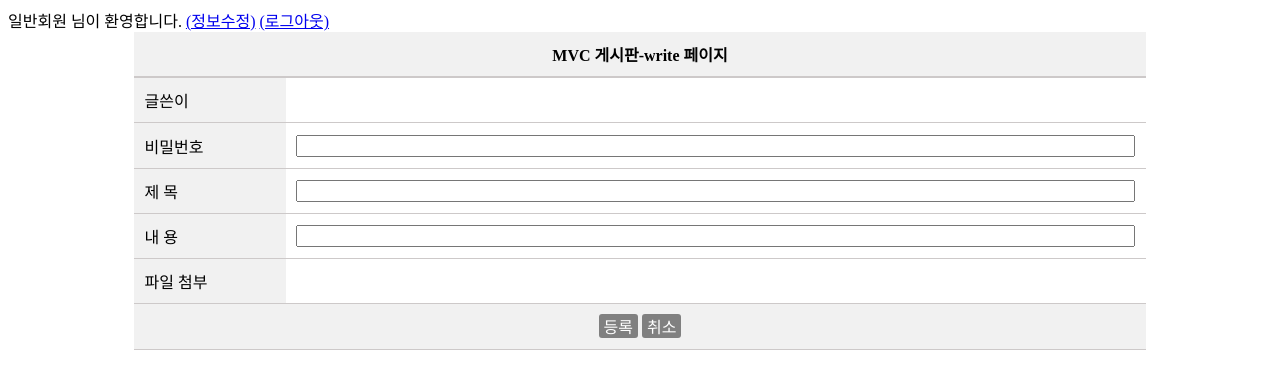
Repository: rumor1993/KH1
Page: http://localhost/Board/board/qna_board_write.jsp
These files come from the project's save history. The page is drawn as it stood at one moment and after the next save; the edit follows.
The browser window is 1280 px wide. The pictures show the whole page.
The page is served by Tomcat 9. Other server files are loaded and not shown. The template is opened directly, without the code that normally fills it, so the values that code supplies are empty.

Above is the page before, as saved 2018-05-10 00:12:22.

### Board/WebContent/board/qna_board_write.jsp
<%@ page language="java" contentType="text/html; charset=EUC-KR"
    pageEncoding="EUC-KR"%>
<!DOCTYPE html>
<html>
<head>
<title>Insert title here</title>
</head>
<link href="css/form.css" rel="stylesheet">
<body>
	<%@ include file="/board/header.jsp" %>
	<form action="./BoardAddAction.bo" method="post"
			enctype="multipart/form-data" name="boardform">
		<table>
			<tr class="center">
				<th colspan="2">MVC 게시판-write 페이지</th>
			</tr>
			<tr>
				<td><div>글쓴이</div></td>
				<td>
					<input name="BOARD_NAME" id="board_name" readOnly
					type="text" size="10" maxlength="30" value="${id }">
				</td>
			</tr>
			<tr>
				<td>
					<div>비밀번호</div>
				</td>
				<td>
					<input name="BOARD_PASS" id="board_pass" type="password" size="10"
					maxlength="30" value="">
				</td>
			</tr>

			<tr>
				<td>
					<div>제 목</div>
				</td>
				<td>
					<input name="BOARD_SUBJECT" id="board_subject" type="text" size="50"
					maxlength="100" value="">
				</td>
			</tr>

			<tr>
				<td>
					<div>내 용</div>
				</td>
				<td>
					<input name="BOARD_CONTENT" id="board_content" type="text" size="10"
					maxlength="500" value="">
				</td>
			</tr>

			<tr>
				<td>
					<div>파일 첨부</div>
				</td>
				<td>
					<input name="BOARD_FILE" id="upfile" type="file">
				</td>
			</tr>

			<tr class="center">
				<td colspan="2" class="h30 lime">
					<input type=submit value="등록">
					<input type=reset value="취소">
				</td>
			</tr>
		</table>
	</form>
</body>
</html>

### Board/WebContent/board/header.jsp
<%@ page language="java" contentType="text/html; charset=EUC-KR"
    pageEncoding="EUC-KR"%>
<%@ taglib prefix="c"
	uri="http://java.sun.com/jsp/jstl/core" %>
<!DOCTYPE html>
<html>
<head>
<title>Insert title here</title>
</head>
<body>
<%
	request.setCharacterEncoding("euc-kr");
%>
	<c:choose>
		<c:when test="${id!='admin' }">
			<span>일반회원 ${sessionScope.id }님이 환영합니다.</span> <a href = "member_update.net">(정보수정)</a> <a href = "logout.net">(로그아웃)</a><br>
		</c:when>

		<c:otherwise>
			<span>관리자 ${sessionScope.id }님 환영합니다.</span> <a href = "member_update.net">(정보수정)</a>
			<a href = "member_list.net">관리자모드 접속(회원 목록 보기)</a>
			 <a href = "BoardList.bo">(게시판)</a><br>
		</c:otherwise>
	</c:choose>

<%-- 	<div id="header">
		<c:if test="${empty id }">
			<script>
				location.href="login.net";
			</script>
		</c:if>
		<c:if test="${!empty id }">
			<c:if test="${id=='admin' }">
				<span> 관리자 ${id } 님 환영합니다.></span>
			</c:if>
			<c:if test="${id!='admin' }">
				<span>일반회원 ${id } 님 환영합니다.</span>
			</c:if>
		</c:if>
		</div>
--%>



	<%--
	<%
	if(!id.equals("admin")){
	%>
		<span>일반회원 <%=id %>님이 환영합니다.</span> <a href = "update.jsp">(정보수정)</a> <a href = "logout.jsp">(로그아웃)</a><br>
	<%
	}else{
	%>
		<%
	}
	%> --%>
</body>
</html>

### Board/WebContent/css/form.css
@CHARSET "EUC-KR";
*{box-sizing:border-box;}
table{margin:0 auto;width:80% ;border-collapse:collapse;}
td{border-bottom:1px solid #cdc9c9;padding:1%;}
tr:nth-child(1){border-bottom:2px solid #cdc9c9; height:20px;}
td:nth-child(1){width:15%;    background-color: #f1f1f1;}
th{background:#f1f1f1;padding:1% 0.5%;}
input, td{font-family:돋음; font-size:18; }
.center{text-align:center}
.center a, input[type=submit],input[type=reset],input[type=button]
{display:inline-block;background:gray;color:white;text-decoration:none;padding:0 5px;font-size:16px;border:none}
.center a:hover,input[type=submit]:hover,input[type=reset]:hover,input[type=button]:hover{opacity:0.8}
input[type=text], input[type=password]{width:100%;}
input[type=submit],input[type=reset]{border-radius:3px}
textarea{width:100%}
input[name="BOARD_NAME"]{border:none}
#upfile{display:none}
img{width:20px;}

After the next save:
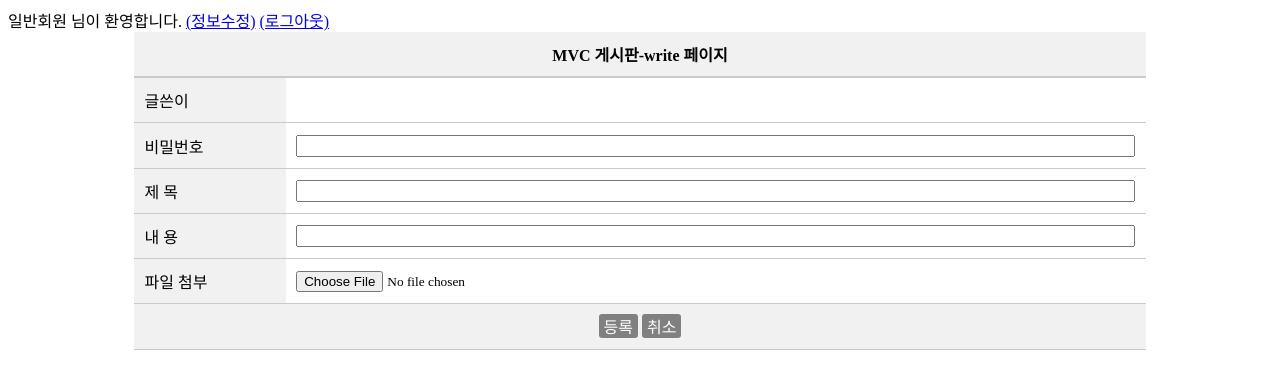
Saved 74 s later.
--- a/Board/WebContent/css/form.css
+++ b/Board/WebContent/css/form.css
@@ -14,5 +14,5 @@
 input[type=submit],input[type=reset]{border-radius:3px}
 textarea{width:100%}
 input[name="BOARD_NAME"]{border:none}
-#upfile{display:none}
+
 img{width:20px;}

After the 2 saves that followed:
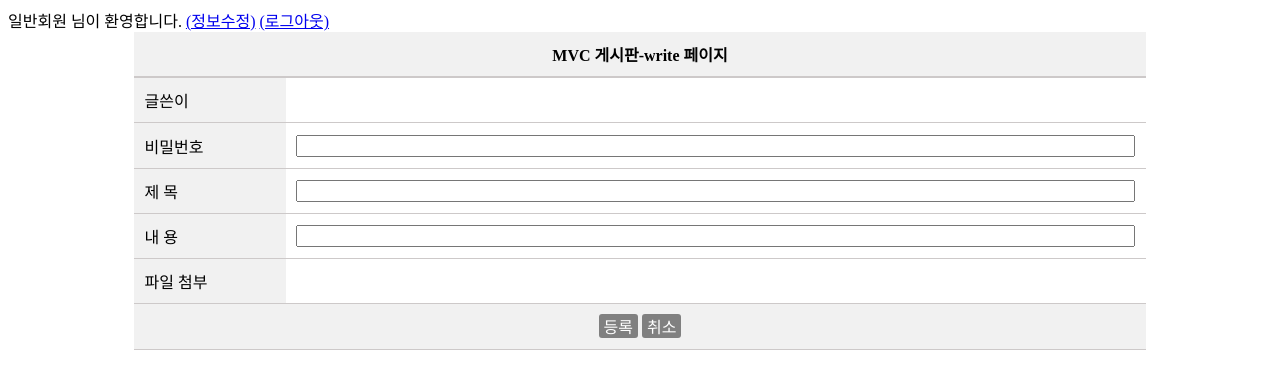
The 2 saves are shown as one change because they came seconds apart.
The last was saved 38 s later.
--- a/Board/WebContent/css/form.css
+++ b/Board/WebContent/css/form.css
@@ -14,5 +14,5 @@
 input[type=submit],input[type=reset]{border-radius:3px}
 textarea{width:100%}
 input[name="BOARD_NAME"]{border:none}
-
+#upfile{display:none}
 img{width:20px;}
